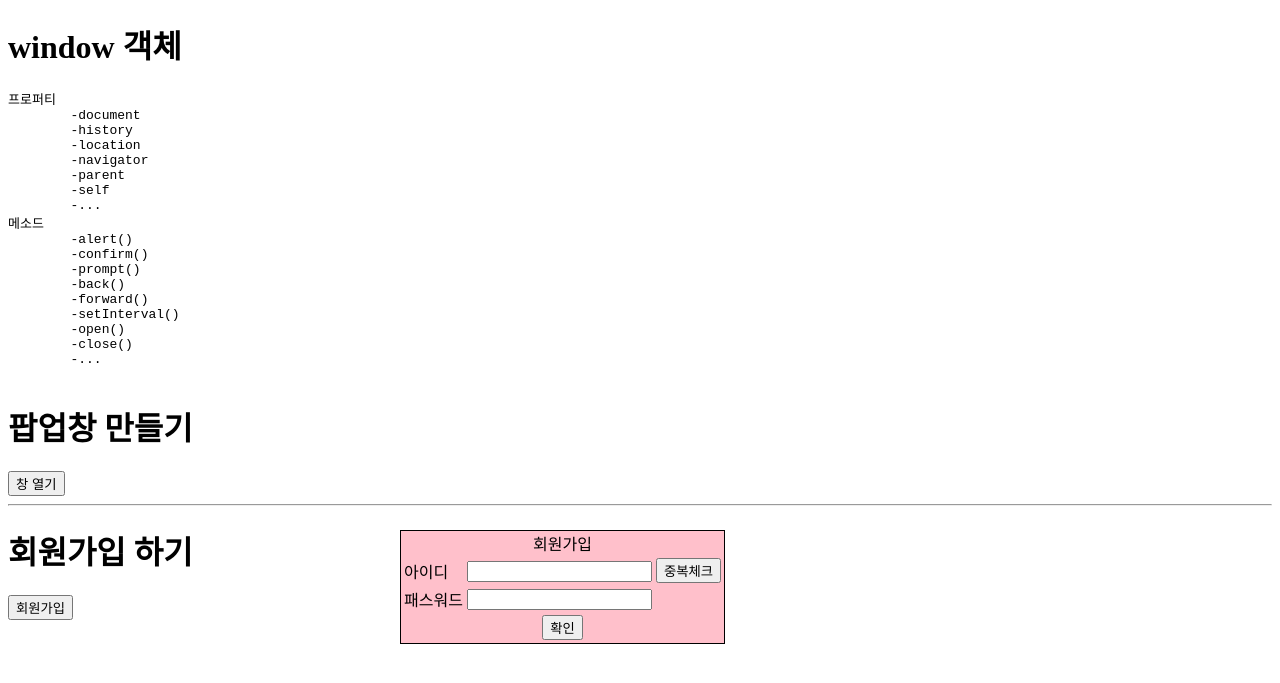
Repository: sunghyun-biblee/LearnSpace
Page: 4_UI/JS_Test/WebContent/js16_window01.html
The author's editor kept a copy of each file at every save. The page is drawn from the files as they stood at one save, then again after the next save.
The browser window is 1280 px wide. The pictures show the whole page.

Above is the page before, as saved 2023-10-26 04:05:54.

### 4_UI/JS_Test/WebContent/js16_window01.html
<!DOCTYPE html>
<html>
<head>
<meta charset="UTF-8">
<title>Insert title here</title>
<style type="text/css">
	#regist{
		border : 1px solid black;
		background: pink;
		position : absolute;
		top: 530px;
		left:400px;
	}
</style>
<script type="text/javascript">
	function openWin(){
		let url="js16_window02.html";
		let target="_blank";
		let prop="width=500px,height=500px";
		window.open(url,target,prop);
	}

	function registForm(){
		let url="js17_window03.html";
		let target="_blank";
		let prop="width=600px,height=600px";
		window.open(url,target,prop);
	}
</script>
</head>
<body>
	<h1>window 객체</h1>
<pre>
프로퍼티
	-document
	-history
	-location
	-navigator
	-parent
	-self
	-...
메소드
	-alert()
	-confirm()
	-prompt()
	-back()
	-forward()
	-setInterval()
	-open()
	-close()
	-...
	</pre>
<div>
	<h1>팝업창 만들기</h1>
	<button onclick="openWin();" name="btn">창 열기</button>
</div>
<div id="tt"></div>

<hr>
<h1>회원가입 하기</h1>
<button onclick="registForm()" name="btn">회원가입</button>
<!-- 회원가입 폼 -->
<div id="regist">
	<form action="">
	<table>
		<caption>회원가입</caption>
		<tr>
			<td>아이디</td>
			<td> <input type="text" name="id"> <input type="button" value="중복체크"> </td>
		</tr>
		<tr>
			<td>패스워드</td>
			<td> <input type="password" name="pwd" style="color:red;"></td>
		</tr>
		<tr>
			<td colspan="2" align="center"> <input type="button" value="확인"> </td>
		</tr>
		</table>

	</form>
</div>



</body>
</html>

After the next save:
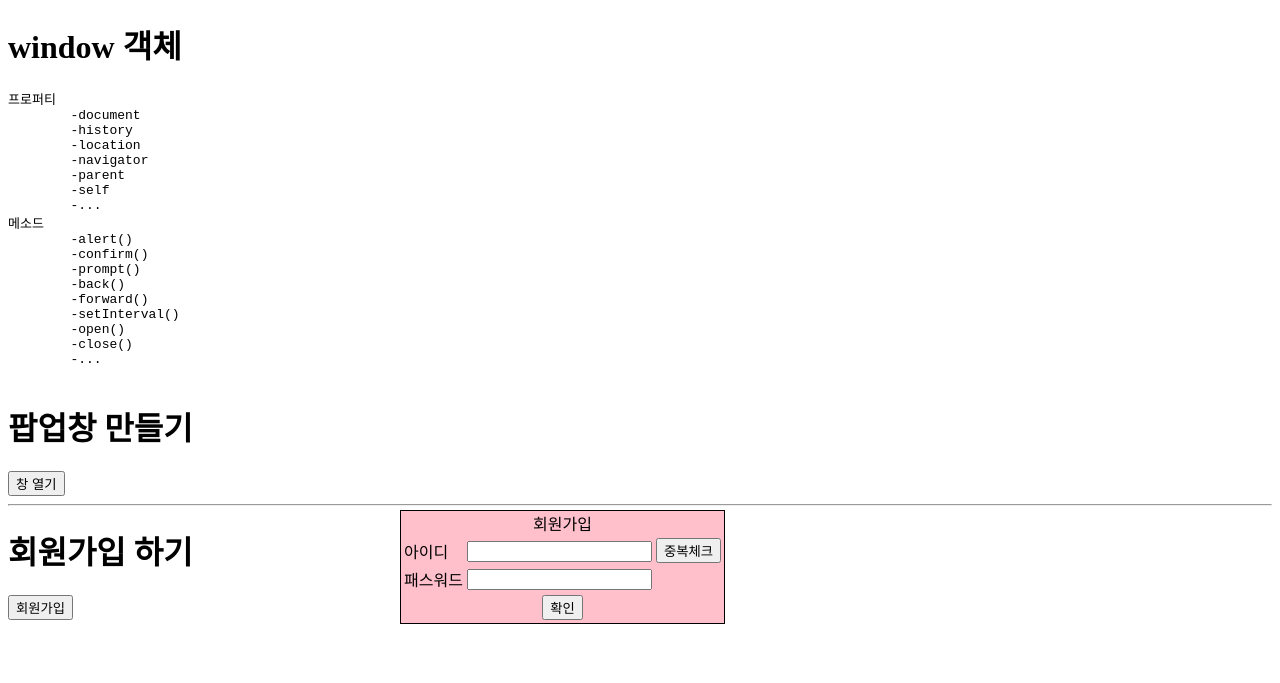
Saved 5 s later.
--- a/4_UI/JS_Test/WebContent/js16_window01.html
+++ b/4_UI/JS_Test/WebContent/js16_window01.html
@@ -8,7 +8,7 @@
 		border : 1px solid black;
 		background: pink;
 		position : absolute;
-		top: 530px;
+		top: 510px;
 		left:400px;
 	}
 </style>
